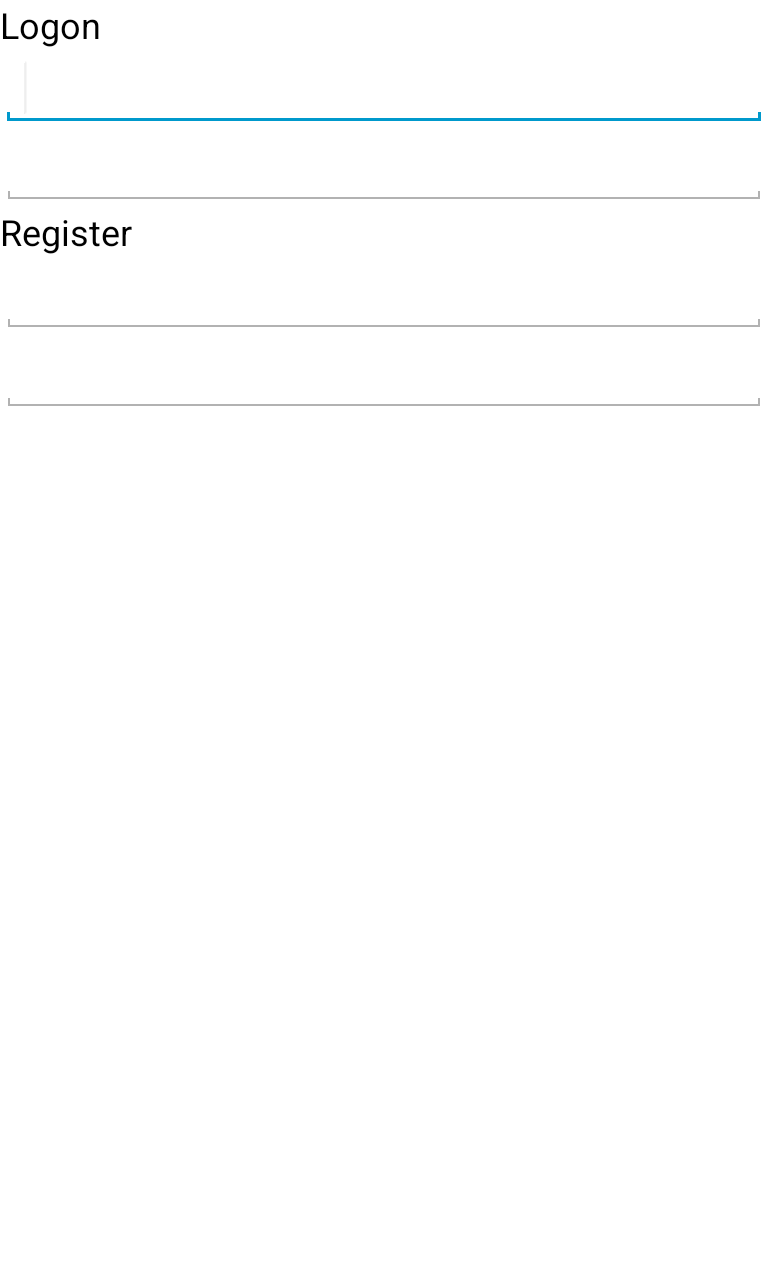
Repository: tyrelltle/LocationService
Layout: iamsingle/iamsingle/res/layout/logon.xml
These files come from the project's save history. The layout is drawn as it stood at one moment and after the next save; the edit follows.
It is drawn on a 768 x 1280 px phone screen (xhdpi) without system bars, with theme AppTheme; the app's code is not run.

Above is the layout before, as saved 2013-06-30 07:56:15.

### iamsingle/iamsingle/res/layout/logon.xml
<?xml version="1.0" encoding="utf-8"?>
<LinearLayout xmlns:android="http://schemas.android.com/apk/res/android"
    android:layout_width="match_parent"
    android:layout_height="match_parent"
    android:orientation="vertical" >

    <TextView
        android:id="@+id/TextView01"
        android:layout_width="wrap_content"
        android:layout_height="wrap_content"
        android:text="Logon"
        android:textAppearance="?android:attr/textAppearanceMedium" />

    <EditText
        android:id="@+id/editText1"
        android:layout_width="match_parent"
        android:layout_height="wrap_content"
        android:ems="10"
        android:inputType="textEmailAddress" >

        <requestFocus />
    </EditText>

    <EditText
        android:id="@+id/editText2"
        android:layout_width="match_parent"
        android:layout_height="wrap_content"
        android:ems="10"
        android:inputType="textPassword" />

    <TextView
        android:id="@+id/textView1"
        android:layout_width="wrap_content"
        android:layout_height="wrap_content"
        android:text="Register"
        android:textAppearance="?android:attr/textAppearanceMedium" />

    <EditText
        android:id="@+id/editText3"
        android:layout_width="match_parent"
        android:layout_height="wrap_content"
        android:ems="10"
        android:inputType="textEmailAddress" />

    <EditText
        android:id="@+id/editText4"
        android:layout_width="match_parent"
        android:layout_height="wrap_content"
        android:ems="10"
        android:inputType="textPassword" />

</LinearLayout>

Loaded but not shown: iamsingle/iamsingle/res/values/styles.xml (common file); iamsingle/iamsingle/res/values-v11/styles.xml (common file); iamsingle/iamsingle/res/values-v14/styles.xml (common file)

After the next save:
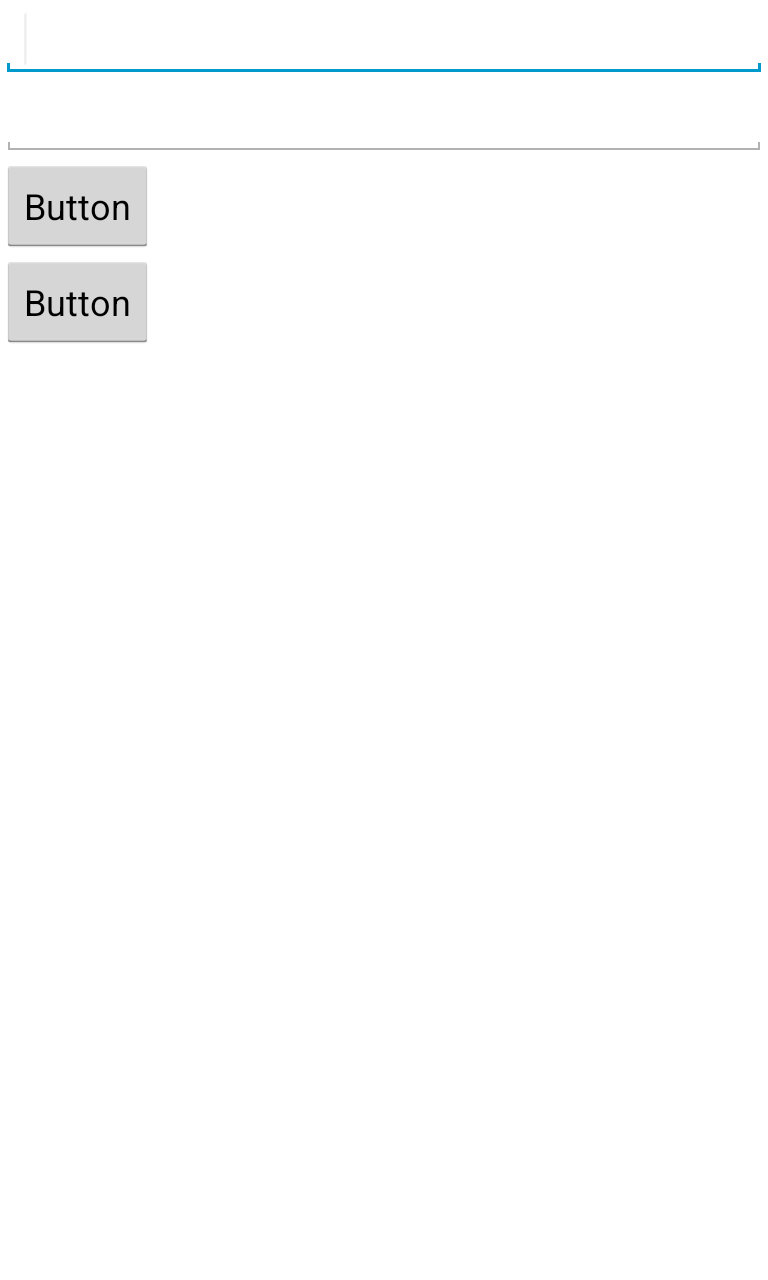
Saved 2 min 1 s later.
--- a/iamsingle/iamsingle/res/layout/logon.xml
+++ b/iamsingle/iamsingle/res/layout/logon.xml
@@ -4,15 +4,8 @@
     android:layout_height="match_parent"
     android:orientation="vertical" >
 
-    <TextView
-        android:id="@+id/TextView01"
-        android:layout_width="wrap_content"
-        android:layout_height="wrap_content"
-        android:text="Logon"
-        android:textAppearance="?android:attr/textAppearanceMedium" />
-
     <EditText
-        android:id="@+id/editText1"
+        android:id="@+id/email"
         android:layout_width="match_parent"
         android:layout_height="wrap_content"
         android:ems="10"
@@ -22,31 +15,22 @@
     </EditText>
 
     <EditText
-        android:id="@+id/editText2"
+        android:id="@+id/pwd"
         android:layout_width="match_parent"
         android:layout_height="wrap_content"
         android:ems="10"
         android:inputType="textPassword" />
 
-    <TextView
-        android:id="@+id/textView1"
+    <Button
+        android:id="@+id/btnlogon"
         android:layout_width="wrap_content"
         android:layout_height="wrap_content"
-        android:text="Register"
-        android:textAppearance="?android:attr/textAppearanceMedium" />
+        android:text="Button" />
 
-    <EditText
-        android:id="@+id/editText3"
-        android:layout_width="match_parent"
+    <Button
+        android:id="@+id/btnpwd"
+        android:layout_width="wrap_content"
         android:layout_height="wrap_content"
-        android:ems="10"
-        android:inputType="textEmailAddress" />
-
-    <EditText
-        android:id="@+id/editText4"
-        android:layout_width="match_parent"
-        android:layout_height="wrap_content"
-        android:ems="10"
-        android:inputType="textPassword" />
+        android:text="Button" />
 
 </LinearLayout>
